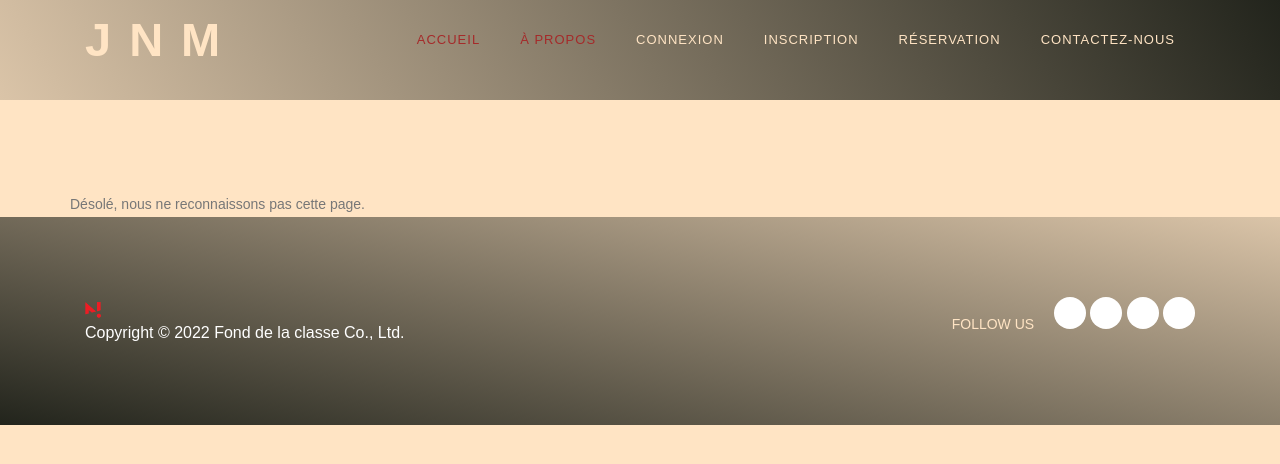
Repository: RiadNadri/ProjetWeb2022
Page: templates/bundles/TwigBundle/Exception/error404.html.twig
An editor plug-in stored every save of this project. The page is shown before and after the next save, followed by the edit.
The browser window is 1280 px wide. The pictures show the whole page.
Some web fonts or font styles are not loaded; a fallback is used. The page is a Twig template of a Symfony application; nobody is signed in and links lead nowhere. The template is opened directly, without the code that normally fills it, so the values that code supplies are empty.

Above is the page before, as saved 2022-11-30 11:06:17.

### templates/bundles/TwigBundle/Exception/error404.html.twig
{% extends "base.html.twig" %}

{% block title %}Page non trouvée{% endblock %}

{% block body %}

<style>
    .erreur{
        margin-top:15%;
        font-size:xx-large;
    }
</style>
    <div class="container erreur">
        <div class="row">
            <p>Désolé, nous ne reconnaissons pas cette page.</p>
        </div>
    </div>
{% endblock %}

### public/assets/css/templatemo-breezed.css
/*

Breezed Template

https://templatemo.com/tm-543-breezed

*/

/* ---------------------------------------------
Table of contents
------------------------------------------------
01. font & reset css
02. reset
03. global styles
04. header
05. banner
06. features
07. testimonials
08. contact
09. footer
10. preloader
11. search
12. portfolio

--------------------------------------------- */
/*
---------------------------------------------
font & reset css
---------------------------------------------
*/
/*
@import url("https://fonts.googleapis.com/css?family=Poppins:100,200,300,400,500,600,700,800,900");
*/
/*
---------------------------------------------
reset
---------------------------------------------
*/
html, body, div, span, applet, object, iframe, h1, h2, h3, h4, h5, h6, p, blockquote, div
pre, a, abbr, acronym, address, big, cite, code, del, dfn, em, font, img, ins, kbd, q,
s, samp, small, strike, strong, sub, sup, tt, var, b, u, i, center, dl, dt, dd, ol, ul, li,
figure, header, nav, section, article, aside, footer, figcaption {
  margin: 0;
  padding: 0;
  border: 0;
  outline: 0;
}

.clearfix:after {
  content: ".";
  display: block;
  clear: both;
  visibility: hidden;
  line-height: 0;
  height: 0;
}

.clearfix {
  display: inline-block;
}

html[xmlns] .clearfix {
  display: block;
}

* html .clearfix {
  height: 1%;
}

ul, li {
  padding: 0;
  margin: 0;
  list-style: none;
}

header, nav, section, article, aside, footer, hgroup {
  display: block;
}

* {
  box-sizing: border-box;
}

html, body {
  font-family: 'Raleway', sans-serif;
  font-weight: 400;
  background-color: #fff;
  font-size: 16px;
  -ms-text-size-adjust: 100%;
  -webkit-font-smoothing: antialiased;
  -moz-osx-font-smoothing: grayscale;
}

a {
  text-decoration: none !important;
  color: brown;
}

h1, h2, h3, h4, h5, h6 {
  margin-top: 0px;
  margin-bottom: 0px;
}

ul {
  margin-bottom: 0px;
}

p {
  font-size: 14px;
  line-height: 25px;
  color: #777;
}

/*
---------------------------------------------
global styles
---------------------------------------------
*/
html,
body {
  background:bisque;
  font-family: 'Raleway', sans-serif;
}

::selection {
  background: #5fb759;
  color: #fff;
}

::-moz-selection {
  background: #5fb759;
  color: #fff;
}

@media (max-width: 991px) {
  html, body {
    overflow-x: hidden;
  }
  .mobile-top-fix {
    margin-top: 30px;
    margin-bottom: 0px;
  }
  .mobile-bottom-fix {
    margin-bottom: 30px;
  }
  .mobile-bottom-fix-big {
    margin-bottom: 60px;
  }
}

a.main-stroked-button {
  font-size: 13px;
  border-radius: 25px;
  padding: 11px 25px;
  background-color: transparent;
  border: 2px solid #fff;
  text-transform: uppercase;
  color: #fff;
  font-weight: 600;
  letter-spacing: 1px;
  -webkit-transition: all 0.3s ease 0s;
  -moz-transition: all 0.3s ease 0s;
  -o-transition: all 0.3s ease 0s;
  transition: all 0.3s ease 0s;
}

a.main-stroked-button:hover {
  background-color: #fff;
  color: #5fb759;
}

a.main-filled-button {
  font-size: 13px;
  border-radius: 25px;
  padding: 13px 25px;
  background-color: #fff;
  text-transform: uppercase;
  color: #5fb759;
  font-weight: 600;
  letter-spacing: 1px;
  -webkit-transition: all 0.3s ease 0s;
  -moz-transition: all 0.3s ease 0s;
  -o-transition: all 0.3s ease 0s;
  transition: all 0.3s ease 0s;
}

a.main-filled-button:hover {
  color: #fff;
  background-color: #5fb759;
}

a.main-button-icon {
  font-size: 13px;
  border-radius: 25px;
  padding: 13px 25px;
  background-color: #5fb759;
  text-transform: uppercase;
  color: #fff;
  font-weight: 600;
  letter-spacing: 1px;
  -webkit-transition: all 0.3s ease 0s;
  -moz-transition: all 0.3s ease 0s;
  -o-transition: all 0.3s ease 0s;
  transition: all 0.3s ease 0s;
}

a.main-button-icon i {
  margin-left: 5px;
  -webkit-transition: all 0.3s ease-in-out 0s;
  -moz-transition: all 0.3s ease-in-out 0s;
  -o-transition: all 0.3s ease-in-out 0s;
  transition: all 0.3s ease-in-out 0s;
}

a.main-button-icon:hover i {
  padding-left: 5px;
}

button.main-button {
  outline: none;
  border: none;
  cursor: pointer;
  font-size: 13px;
  border-radius: 25px;
  padding: 10px 25px;
  background-color: #fff;
  text-transform: uppercase;
  color: #5fb759;
  font-weight: 600;
  letter-spacing: 1px;
  -webkit-transition: all 0.3s ease 0s;
  -moz-transition: all 0.3s ease 0s;
  -o-transition: all 0.3s ease 0s;
  transition: all 0.3s ease 0s;
}

button.main-button:hover {
  color: #fff;
  background-color: #5fb759;
}

button.main-button-icon {
  border: none;
  outline: none;
  font-size: 13px;
  border-radius: 25px;
  padding: 13px 25px;
  background-color: #5fb759;
  text-transform: uppercase;
  color: #fff;
  font-weight: 600;
  letter-spacing: 1px;
  -webkit-transition: all 0.3s ease 0s;
  -moz-transition: all 0.3s ease 0s;
  -o-transition: all 0.3s ease 0s;
  transition: all 0.3s ease 0s;
}

button.main-button-icon i {
  margin-left: 5px;
  -webkit-transition: all 0.3s ease-in-out 0s;
  -moz-transition: all 0.3s ease-in-out 0s;
  -o-transition: all 0.3s ease-in-out 0s;
  transition: all 0.3s ease-in-out 0s;
}

button.main-button-icon:hover i {
  padding-left: 5px;
}

a.text-button-icon {
  text-transform: uppercase;
  /*
  color: #1e1e1e;*/
  color: brown;
  font-size: 13px;
  font-weight: 600;
  letter-spacing: 1px;
  -webkit-transition: all 0.3s ease 0s;
  -moz-transition: all 0.3s ease 0s;
  -o-transition: all 0.3s ease 0s;
  transition: all 0.3s ease 0s;
}

a.text-button-icon i {
  margin-left: 5px;
  -webkit-transition: all 0.3s ease-in-out 0s;
  -moz-transition: all 0.3s ease-in-out 0s;
  -o-transition: all 0.3s ease-in-out 0s;
  transition: all 0.3s ease-in-out 0s;
}

a.text-button-icon:hover {
  color: #5fb759;
}

a.text-button-icon:hover i {
  padding-left: 5px;
}


.section-heading h6 {
  font-size: 15px;
  font-weight: 500;
  text-transform: uppercase;
  letter-spacing: 0.25px;
  margin-top: 0px;
  margin-bottom: 0px;
}

.section-heading h2 {
  font-size: 32px;
  font-weight: 800;
  letter-spacing: 1px;
  margin-top: 20px;
  margin-bottom: 0px;
}


/*
---------------------------------------------
header
---------------------------------------------
*/

.background-header {
  background-color: blanchedalmond;
  height: 80px!important;
  position: fixed!important;
  top: 0px;
  left: 0px;
  right: 0px;
  box-shadow: 0px 0px 10px rgba(0,0,0,0.15)!important;
  background: linear-gradient(0deg, rgb(77, 61, 170) 80%, rgba(77, 54, 160, 0.089) 100%);
}

.background-header .logo,
.background-header .main-nav .nav li a {
  color: #1e1e1e!important;
}

.background-header .main-nav .nav li:hover a {
  color: #5fb759!important;
}

.background-header .nav li a.active {
  color: #5fb759!important;
}

.header-area {
  position: absolute;
  top: 0px;
  left: 0px;
  right: 0px;
  z-index: 100;
  height: 100px;
  -webkit-transition: all .5s ease 0s;
  -moz-transition: all .5s ease 0s;
  -o-transition: all .5s ease 0s;
  transition: all .5s ease 0s;
  background: linear-gradient(240deg, rgb(34, 36, 28) 0%, bisque 120%);
}

.header-area .main-nav {
  min-height: 80px;
  background: transparent;
}

.header-area .main-nav .logo {
  line-height: 80px;
  color: bisque;
  font-size: 47px;
  font-weight: 700;
  text-transform: uppercase;
  letter-spacing: 18px;
  float: left;
  -webkit-transition: all 0.3s ease 0s;
  -moz-transition: all 0.3s ease 0s;
  -o-transition: all 0.3s ease 0s;
  transition: all 0.3s ease 0s;
}


.header-area .main-nav .nav {
  float: right;
  margin-top: 27px;
  margin-right: 0px;
  background-color: transparent;
  -webkit-transition: all 0.3s ease 0s;
  -moz-transition: all 0.3s ease 0s;
  -o-transition: all 0.3s ease 0s;
  transition: all 0.3s ease 0s;
  position: relative;
  z-index: 999;
}

.header-area .main-nav .nav li {
  padding-left: 20px;
  padding-right: 20px;
}

.header-area .main-nav .nav .search-icon {
  float: right;
  margin-left: 15px;
}



.header-area .main-nav .nav li a {
  display: block;
  font-weight: 500;
  font-size: 13px;
  color: #7a7a7a;
  text-transform: uppercase;
  -webkit-transition: all 0.3s ease 0s;
  -moz-transition: all 0.3s ease 0s;
  -o-transition: all 0.3s ease 0s;
  transition: all 0.3s ease 0s;
  height: 40px;
  line-height: 40px;
  border: transparent;
  letter-spacing: 1px;
}

.header-area .main-nav .nav li a {
  color: bisque;
}

.header-area .main-nav .nav li:hover a,
.header-area .main-nav .nav li a.active {
  color: brown!important;
}

.background-header .main-nav .nav li:hover a,
.background-header .main-nav .nav li a.active {
  color: brown!important;
  opacity: 1;
}


.header-area.header-sticky {
  min-height: 80px;
}

.header-area.header-sticky .nav {
  margin-top: 20px !important;
}

.header-area.header-sticky .nav li a.active {
  color: #5fb759;
}

@media (max-width: 1200px) {
  .header-area .main-nav .nav li {
    padding-left: 12px;
    padding-right: 12px;
  }
  .header-area .main-nav:before {
    display: none;
  }
}

@media (max-width: 767px) {
  .header-area .main-nav .logo {
    color: #1e1e1e;
  }
  .header-area.header-sticky .nav li a:hover,
  .header-area.header-sticky .nav li a.active {
    color: #5fb759!important;
    opacity: 1;
  }
  .header-area.header-sticky .nav li.search-icon a {
    width: 100%;
  }
  .header-area {
    background-color: #f7f7f7;
    padding: 0px 15px;
    height: 80px;
    box-shadow: none;
    text-align: center;
  }
  .header-area .container {
    padding: 0px;
  }
  .header-area .logo {
    margin-left: 30px;
  }
  .header-area .menu-trigger {
    display: block !important;
  }
  .header-area .main-nav {
    overflow: hidden;
  }
  .header-area .main-nav .nav {
    float: none;
    width: 100%;
    display: none;
    -webkit-transition: all 0s ease 0s;
    -moz-transition: all 0s ease 0s;
    -o-transition: all 0s ease 0s;
    transition: all 0s ease 0s;
    margin-left: 0px;
  }
  .header-area .main-nav .nav li:first-child {
    border-top: 1px solid #eee;
  }
  .header-area.header-sticky .nav {
    margin-top: 80px !important;
  }
  .header-area .main-nav .nav li {
    width: 100%;
    background: #fff;
    border-bottom: 1px solid #eee;
    padding-left: 0px !important;
    padding-right: 0px !important;
  }
  .header-area .main-nav .nav li a {
    height: 50px !important;
    line-height: 50px !important;
    padding: 0px !important;
    border: none !important;
    background: #f7f7f7 !important;
    color: #191a20 !important;
  }
  .header-area .main-nav .nav li a:hover {
    background: #eee !important;
    color: #5fb759!important;
  }
  .header-area .main-nav .nav li.submenu ul {
    position: relative;
    visibility: inherit;
    opacity: 1;
    z-index: 1;
    transform: translateY(0%);
    transition-delay: 0s, 0s, 0.3s;
    top: 0px;
    width: 100%;
    box-shadow: none;
    height: 0px;
  }
  .header-area .main-nav .nav li.submenu ul li a {
    font-size: 12px;
    font-weight: 400;
  }
  .header-area .main-nav .nav li.submenu ul li a:hover:before {
    width: 0px;
  }
  .header-area .main-nav .nav li.submenu ul.active {
    height: auto !important;
  }
  .header-area .main-nav .nav li.submenu:after {
    color: #3B566E;
    right: 25px;
    font-size: 14px;
    top: 15px;
  }
  .header-area .main-nav .nav li.submenu:hover ul, .header-area .main-nav .nav li.submenu:focus ul {
    height: 0px;
  }
}

@media (min-width: 767px) {
  .header-area .main-nav .nav {
    display: flex !important;
  }
}


/*
---------------------------------------------
banner
---------------------------------------------
*/
/* ==== Main CSS === */



/* ==== Slick Slider Css Ruls === */

/*
---------------------------------------------
about
---------------------------------------------
*/

#about {
  padding: 120px 0px 0px 0px;
  position: relative;
  z-index: 9;
}

#about .container {
  border-bottom: 5px solid #f7f7f7;
  padding-bottom: 80px;
}

#about .section-heading {
  margin-bottom: 10px;
}

#about .section-heading h6 {
  color: #5fb759;
  font-size: 24px;
}


#about .service-item {
  margin-top: 30px;
}

#about .service-item img {
  float: left;
  margin-right: 15px;
  width: 46px;
  height: 46px;
}

#about .service-item h4 {
  font-size: 15px;
  font-weight: 700;
  text-transform: uppercase;
  letter-spacing: 0.25px;
  line-height: 46px;
}

#about a.main-button-icon {
  display: inline-block;
  margin-top: 60px;
}


#about .right-text-content {
  margin-top: 40px;
}

#about .right-text-content p {
  font-size: 16px;
  line-height: 27px;
  color: #777;
}


/*
---------------------------------------------
features
---------------------------------------------
*/

#features {
  padding-top: 80px;
  padding-bottom: 70px;
}

#features .features-item {
  margin-bottom: 50px;
}

.features-item .features-icon {
  float: left;
}

#features .features-content {
  margin-left: 75px;
}

.features-item .features-content h4 {
  font-size: 15px;
  font-weight: 700;
  text-transform: uppercase;
  letter-spacing: 0.25px;
  margin-bottom: 15px;
}

.features-item .features-content p {
  margin-bottom: 15px;
}



/*
---------------------------------------------
subscribe
---------------------------------------------
*/


/*
--------------------------------------------
testimonials
--------------------------------------------
*/





/*
---------------------------------------------
contact
---------------------------------------------
*/

#contact-us .section-heading {
  margin-bottom: 50px;
}

#contact-us .section-heading h6 {
  color: #141613;
  font-size: 22px;
}

#contact-us .left-text-content ul li {
  margin-bottom: 30px;
}

#contact-us .left-text-content ul li {
  font-size: 14px;
  font-weight: 600;
  letter-spacing: 0.5px;
}

#contact-us .left-text-content ul li img {
  margin-right: 15px;
}

#contact-us {
  padding: 120px 0px;
  background-image: url("Universite_Paris_Nanterre_300x300.png") ;
  background-position: center center;
  background-repeat: no-repeat;
}

#contact {
  margin-top: 40px;
}

.contact-form input,
.contact-form textarea {
  color: #7a7a7a;
  font-size: 15px;
  border: 1px solid #ddd;
  background-color: #fff;
  width: 100%;
  height: 46px;
  outline: none;
  padding-top: 3px;
  padding-left: 20px;
  padding-right: 20px;
  -webkit-appearance: none;
  -moz-appearance: none;
  appearance: none;
  margin-bottom: 30px;
}

.contact-form textarea {
  height: 150px;
  resize: none;
  padding: 20px;
}

.contact-form ::-webkit-input-placeholder { /* Edge */
  color: #7a7a7a;
}

.contact-form :-ms-input-placeholder { /* Internet Explorer 10-11 */
  color: #7a7a7a;
}

.contact-form ::placeholder {
  color: #7a7a7a;
}





/*
---------------------------------------------
footer
---------------------------------------------
*/

footer {
  padding: 80px 0px;
  background: bisque;
  background: linear-gradient(12deg, rgb(34, 36, 28) 0%, bisque 120%);
}

footer .left-text-content p {
  color: bisque;
  font-size: 14px;
}

footer .left-text-content a {
  color: #fff;
}

footer .right-text-content {
  float: right;
}

footer .right-text-content p {
  color: bisque;
  font-size: 14px;
  margin-right: 15px;
  text-transform: uppercase;
}

footer .right-text-content ul li {
  display: inline-block;
}

footer .right-text-content ul li a {
  width: 32px;
  height: 32px;
  display: inline-block;
  text-align: center;
  line-height: 32px;
  font-size: 14px;
  background-color: #fff;
  border-radius: 50%;
  color: #5fb759;
  -webkit-transition: all 0.3s ease 0s;
  -moz-transition: all 0.3s ease 0s;
  -o-transition: all 0.3s ease 0s;
  transition: all 0.3s ease 0s;
}

footer .right-text-content ul li a:hover {
  background-color: #5fb759;
  color: #fff;
}

@media (max-width: 992px) {
  footer .left-text-content p {
    text-align: center;
    margin-bottom: 30px;
  }
  footer .right-text-content {
    float: none;
    text-align: center;
  }
}



/*
---------------------------------------------
preloader
---------------------------------------------
*/




/*
---------------------------------------------
search
---------------------------------------------
*/




/*
---------------------------------------------
portfolio
---------------------------------------------
*/

/*
---------------------------------------------
Fromulaire
---------------------------------------------
*/

.idForm{
color: brown;
padding-left: 30px;
}

Loaded but not shown: public/assets/css/bootstrap.min[1].css (library); templates/base.html.twig (201 lines, source omitted)

After the next save:
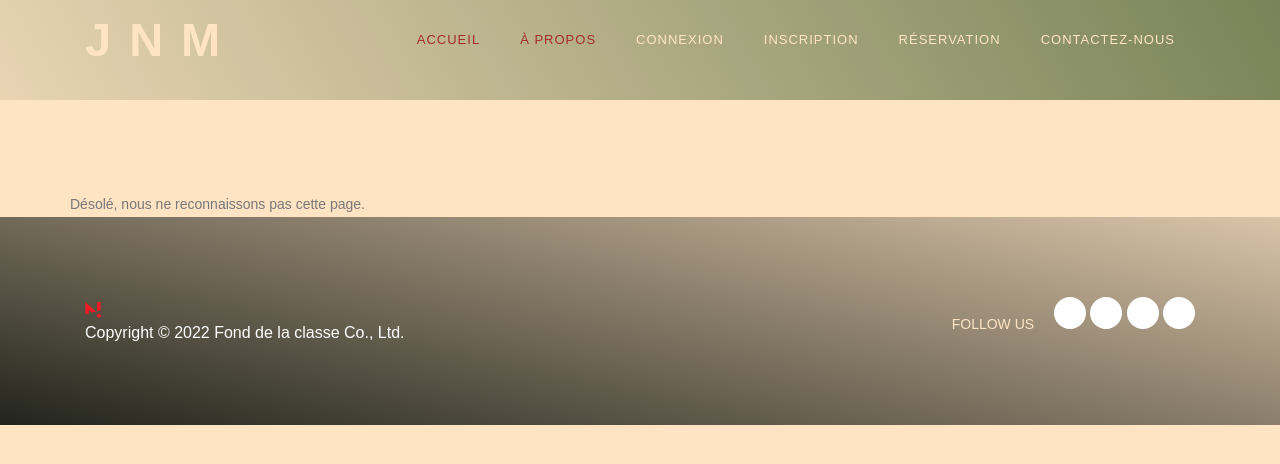
Saved 10 min 31 s later.
--- a/public/assets/css/templatemo-breezed.css
+++ b/public/assets/css/templatemo-breezed.css
@@ -358,7 +358,7 @@
   -moz-transition: all .5s ease 0s;
   -o-transition: all .5s ease 0s;
   transition: all .5s ease 0s;
-  background: linear-gradient(240deg, rgb(34, 36, 28) 0%, bisque 120%);
+  background: linear-gradient(240deg, rgb(120, 132, 87) 0%, bisque 120%);
 }
 
 .header-area .main-nav {

After the save that followed:
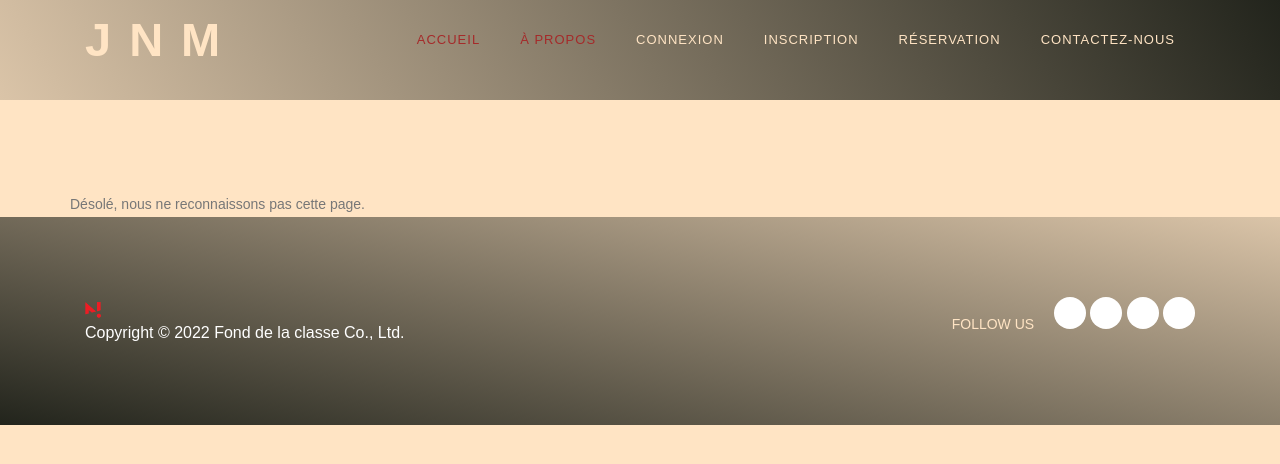
Saved 23 s later.
--- a/public/assets/css/templatemo-breezed.css
+++ b/public/assets/css/templatemo-breezed.css
@@ -358,7 +358,7 @@
   -moz-transition: all .5s ease 0s;
   -o-transition: all .5s ease 0s;
   transition: all .5s ease 0s;
-  background: linear-gradient(240deg, rgb(120, 132, 87) 0%, bisque 120%);
+  background: linear-gradient(240deg, rgb(34, 36, 28) 0%, bisque 120%);
 }
 
 .header-area .main-nav {
